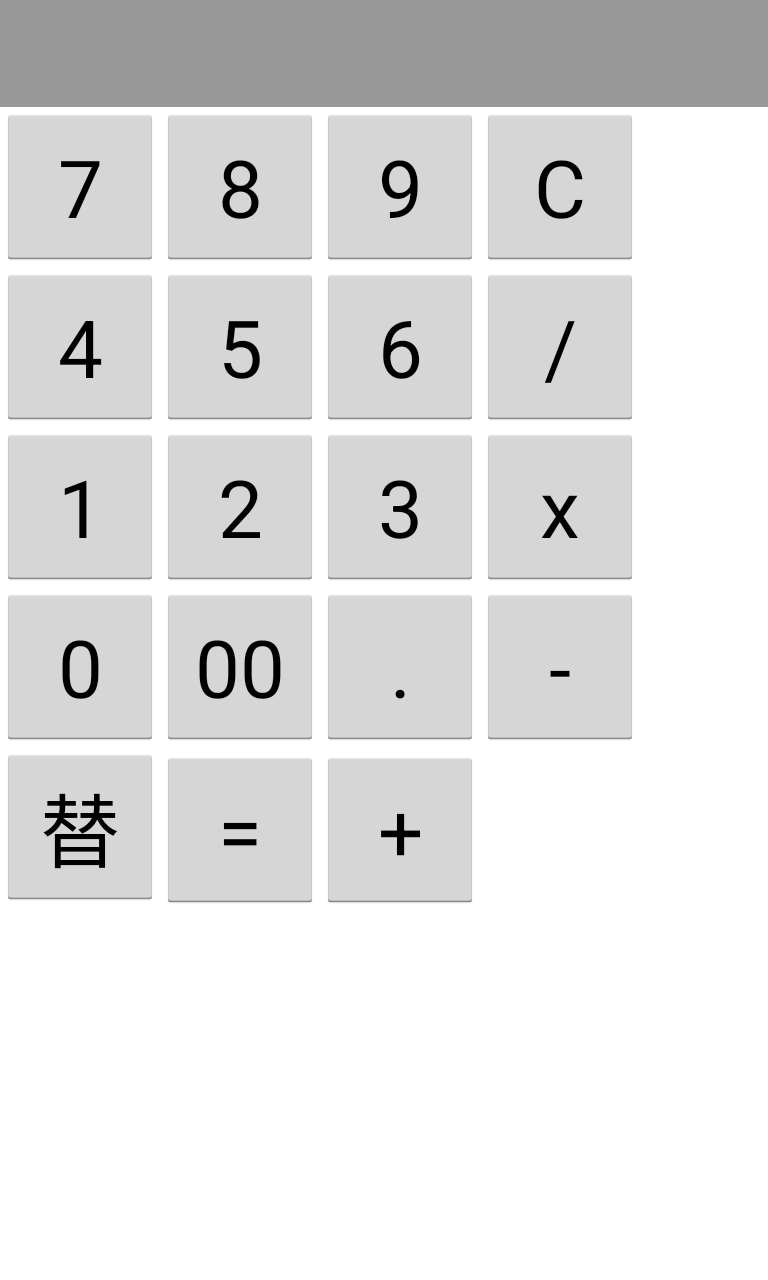
Repository: hirokuni/workspace_calc
Layout: Calculator/res/layout/activity_main.xml
These files come from the project's save history. The layout is drawn as it stood at one moment and after the next save; the edit follows.
It is drawn on a 768 x 1280 px phone screen (xhdpi) without system bars, with theme AppTheme; the app's code is not run.

Above is the layout before, as saved 2014-01-27 13:01:17.

After the next save:
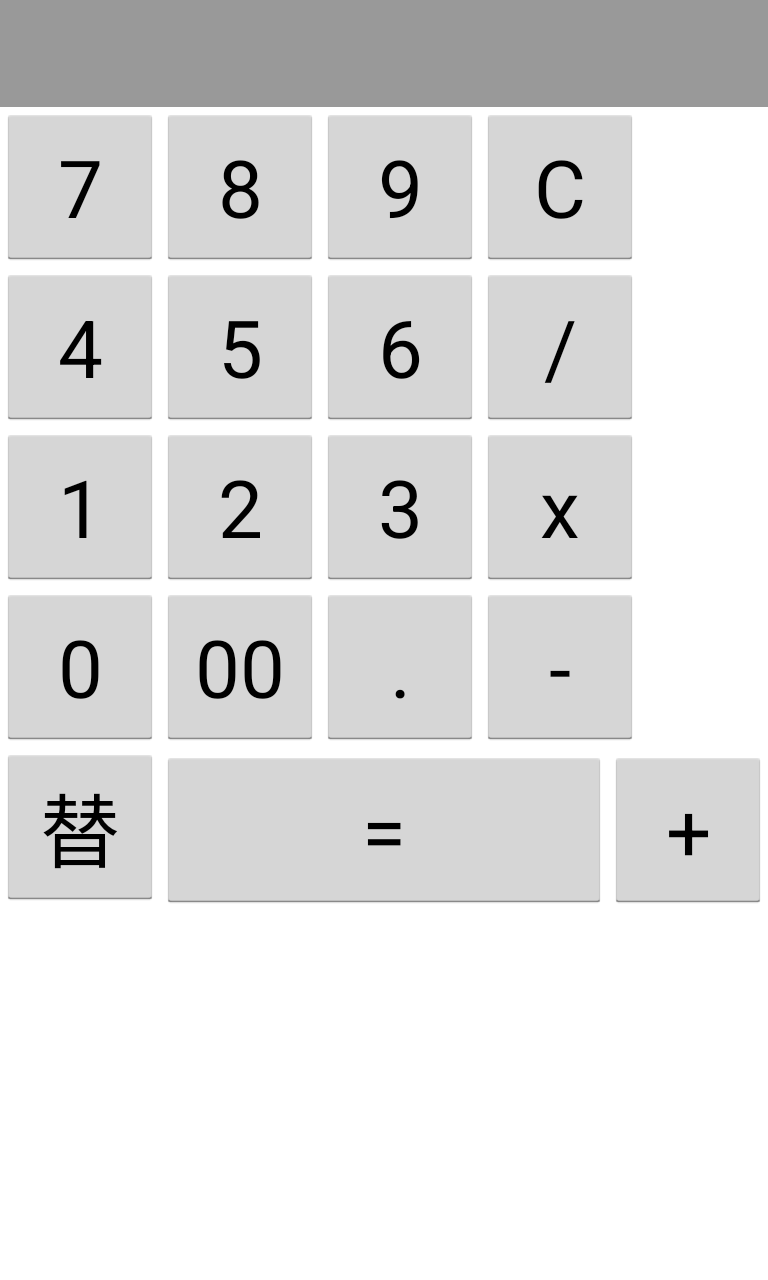
Saved 4 min 40 s later.
--- a/Calculator/res/layout/activity_main.xml
+++ b/Calculator/res/layout/activity_main.xml
@@ -127,7 +127,7 @@
          android:orientation="horizontal" >
 
          <Button
-             android:id="@+id/Button02"
+             android:id="@+id/Button0"
              android:layout_width="80dip"
              android:layout_height="80dip"
              android:text="0"
@@ -162,7 +162,7 @@
         android:orientation="horizontal" >
 
         <Button
-            android:id="@+id/button0"
+            android:id="@+id/buttonChange"
             android:layout_width="80dip"
             android:layout_height="80dip"
             android:text="替"
@@ -173,6 +173,7 @@
             android:id="@+id/buttonEqual"
             android:layout_width="80dip"
             android:layout_height="80dip"
+            android:layout_weight="2"
             android:text="="
             android:textSize="40dip" />
 
